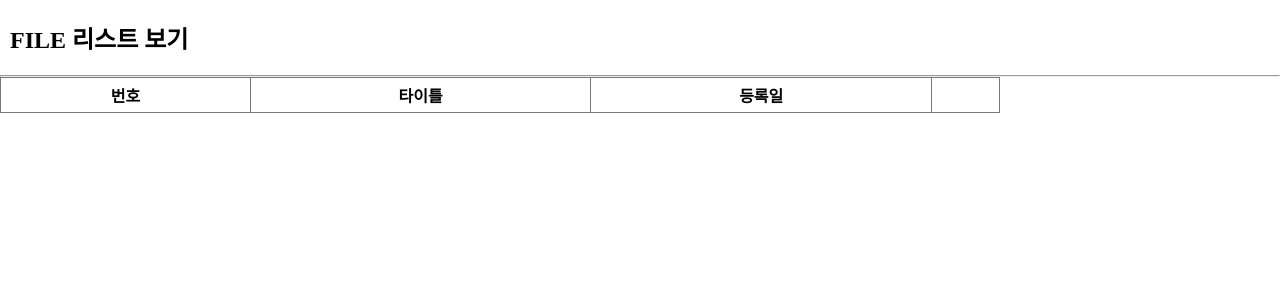
Repository: hyunh84/jsp_study
Page: http://localhost/Day07/j06_file05.jsp
An editor plug-in stored every save of this project. The page is shown before and after the next save, followed by the edit.
The browser window is 1280 px wide. The pictures show the whole page.
The page is served by Tomcat 9. Queries for data that is not in the repository find no rows.

Above is the page before, as saved 2015-10-11 02:20:55.

After the next save:
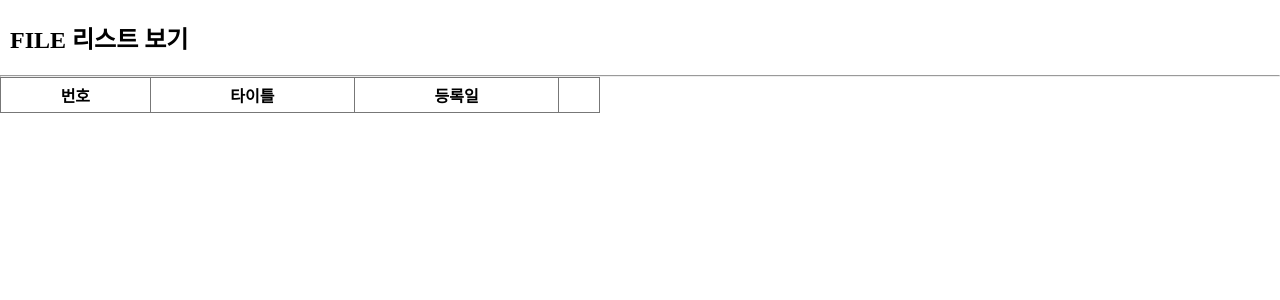
Saved 7 s later.
--- a/MyWorks/Day07/WebContent/j06_file05.jsp
+++ b/MyWorks/Day07/WebContent/j06_file05.jsp
@@ -68,7 +68,7 @@
 	%>
 
 	<form action="" >
-		<table style="width:1000px;">
+		<table style="width:600px;">
 			<tr>
 				<th>번호</th>
 				<th>타이틀</th>
